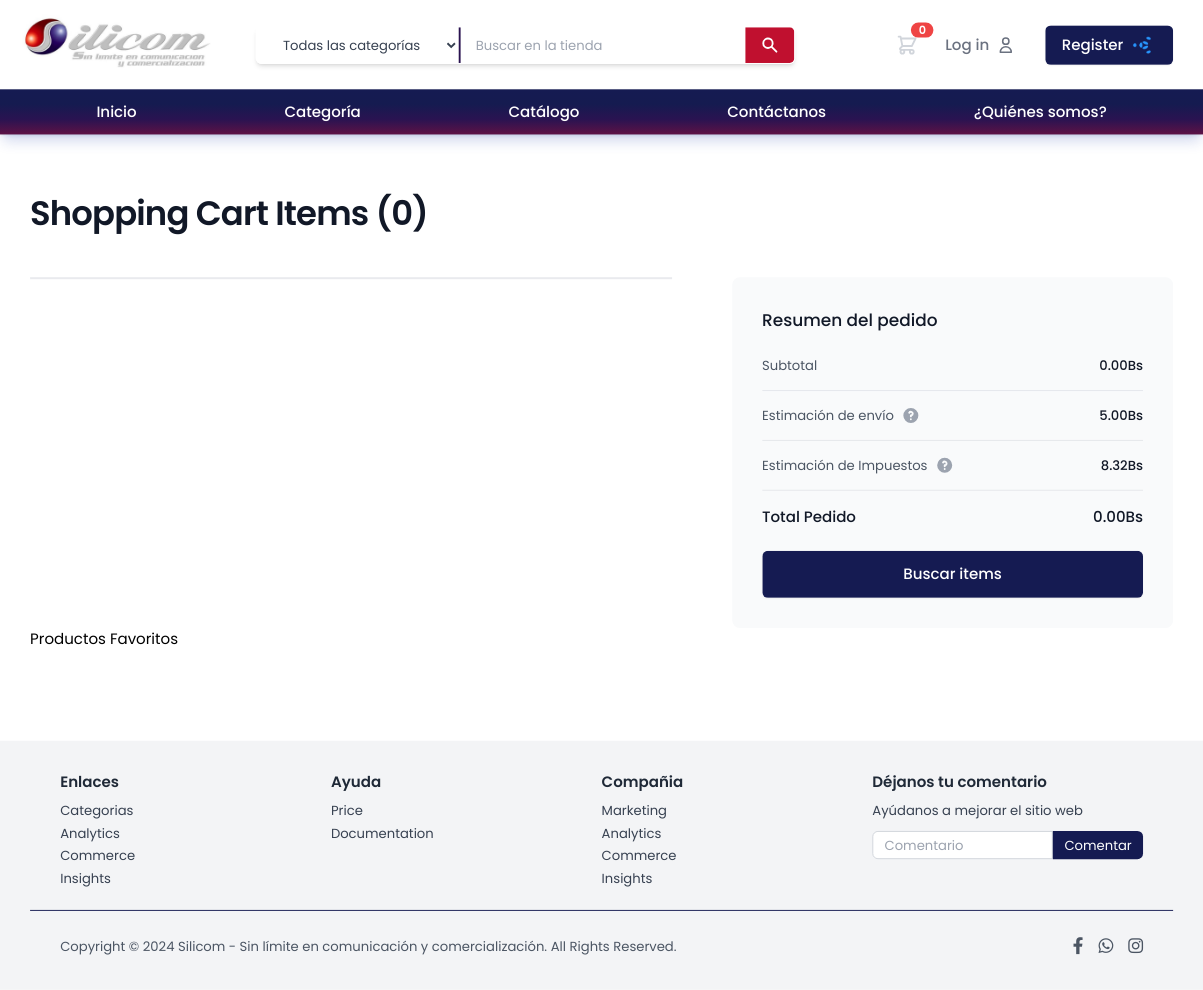
Repository: Francovg18/ecommerce
Page: /cart
An editor plug-in stored every save of this project. The page is shown before and after the next save, followed by the edit.
The browser window is 1280 px wide. The pictures show the whole page, at 94% of full size.
The page's requests for data from a server got no answer. The project was rebuilt for these pictures with package versions that can differ from the ones it lists, and the page was loaded fresh each time. No one was signed in, and anything a server would have sent is missing. Also part of the build but not shown: src/componentes/home/Banner.js, src/componentes/home/ProductsArrival.js, src/componentes/home/ProductsSold.js, src/redux/actions/brands.js, src/componentes/home/Brand.js, src/componentes/home/Product.js, src/contenedores/Home.jsx, src/contenedores/errors/Error404.jsx and 33 more.

Above is the page before, as saved 2025-01-22 17:55:22.

### public/index.html
<!DOCTYPE html>
<html lang="en">
  <head>
    <meta charset="utf-8" />
    <link rel="icon" href="%PUBLIC_URL%/favicon.ico" />
    <meta name="viewport" content="width=device-width, initial-scale=1" />
    <meta name="theme-color" content="#000000" />
    <meta name="description" content="Web site created using create-react-app" />
    <link rel="apple-touch-icon" href="%PUBLIC_URL%/logo192.png" />
    <link href="https://fonts.googleapis.com/css2?family=Poppins:wght@400;500;600&display=swap" rel="stylesheet">
    <link
  rel="stylesheet"
  href="https://cdnjs.cloudflare.com/ajax/libs/font-awesome/6.0.0-beta3/css/all.min.css"
/>

    <!--
      manifest.json provides metadata used when your web app is installed on a
      user's mobile device or desktop. See https://developers.google.com/web/fundamentals/web-app-manifest/
    -->
    <link rel="manifest" href="%PUBLIC_URL%/manifest.json" />
    <!--
      Notice the use of %PUBLIC_URL% in the tags above.
      It will be replaced with the URL of the `public` folder during the build.
      Only files inside the `public` folder can be referenced from the HTML.

      Unlike "/favicon.ico" or "favicon.ico", "%PUBLIC_URL%/favicon.ico" will
      work correctly both with client-side routing and a non-root public URL.
      Learn how to configure a non-root public URL by running `npm run build`.
    -->
    <title>React App</title>
  </head>
  <body>
    <noscript>You need to enable JavaScript to run this app.</noscript>
    <div id="root"></div>
    <!--
      This HTML file is a template.
      If you open it directly in the browser, you will see an empty page.

      You can add webfonts, meta tags, or analytics to this file.
      The build step will place the bundled scripts into the <body> tag.

      To begin the development, run `npm start` or `yarn start`.
      To create a production bundle, use `npm run build` or `yarn build`.
    -->
  </body>
</html>

### src/index.js
import React from 'react';
import ReactDOM from 'react-dom/client';
import './style/index.css';
import App from './App';

const root = ReactDOM.createRoot(document.getElementById('root'));
root.render(
  <React.StrictMode>
    <App />
  </React.StrictMode>
);

### src/store.js
import { createStore, applyMiddleware } from 'redux';
import { composeWithDevTools } from '@redux-devtools/extension';
import { thunk } from 'redux-thunk';
import rootReducer from './redux/reducers';

const initialState = {};
const middleware = [thunk];
const store = createStore(
    rootReducer,
    initialState,
    composeWithDevTools(applyMiddleware(...middleware))
);

export default store;

### src/contenedores/pages/Cart.jsx
import Layout from "../../hocs/Layout"
import { useState } from "react";
import { connect } from "react-redux"
import { setAlert } from "../../redux/actions/alert";
import {
    remove_item,
    update_item,
    get_items,
    get_total,
    get_item_total
} from "../../redux/actions/cart";
import {
    remove_wishlist_item,
} from "../../redux/actions/wishlist";
import { useEffect } from "react";
import CartItem from "../../componentes/cart/CartItem";
import { Link } from "react-router-dom";
import { QuestionMarkCircleIcon } from '@heroicons/react/solid'
import WishlistItem from "../../componentes/cart/WishlistItem";


const Cart = ({
    get_items,
    get_total,
    get_item_total,
    isAuthenticated,
    items,
    amount,
    compare_amount,
    total_items,
    remove_item,
    update_item,
    setAlert,
    wishlist_items,
    remove_wishlist_item
}) => {

    const [render, setRender] = useState(false);

    useEffect(() => {
        window.scrollTo(0, 0);
        get_items()
        get_total()
        get_item_total()
    }, [render])

    const showItems = () => {
        return(
            <div>
                {
                    items &&
                    items !== null &&
                    items !== undefined &&
                    items.length !== 0 &&
                    items.map((item, index)=>{
                        let count = item.count;
                        return (
                            <div key={index}>
                                <CartItem
                                    item={item}
                                    count={count}
                                    update_item={update_item}
                                    remove_item={remove_item}
                                    render={render}
                                    setRender={setRender}
                                    setAlert={setAlert}
                                />
                            </div>
                        );
                    })
                }
            </div>
        )
    }

    const showWishlistItems = () => {
      return(
          <div>
              {
                  wishlist_items &&
                  wishlist_items !== null &&
                  wishlist_items !== undefined &&
                  wishlist_items.length !== 0 &&
                  wishlist_items.map((item, index)=>{
                      let count = item.count;
                      return (
                          <div key={index}>
                              <WishlistItem
                                  item={item}
                                  count={count}
                                  update_item={update_item}
                                  remove_wishlist_item={remove_wishlist_item}
                                  render={render}
                                  setRender={setRender}
                                  setAlert={setAlert}
                              />
                          </div>
                      );
                  })
              }
          </div>
      )
  }

    const checkoutButton = () => {
        if (total_items < 1) {
            return(
                <>
                <Link
                to='/shop'

            >
                <button
                className="w-full bg-midnight-blue border border-transparent rounded-md shadow-sm py-3 px-4 text-base font-medium text-white hover:bg-indigo-700 focus:outline-none focus:ring-2 focus:ring-offset-2 focus:ring-offset-gray-50 focus:ring-purple-night"
            >
                Buscar items
                </button>
            </Link>
            </>
            )
        } else if (!isAuthenticated) {
            return(<>
            <Link
                to='/login'

            >
                <button
                className="w-full bg-midnight-blue border border-transparent rounded-md shadow-sm py-3 px-4 text-base font-medium text-white hover:bg-indigo-700 focus:outline-none focus:ring-2 focus:ring-offset-2 focus:ring-offset-gray-50 focus:ring-purple-night"
            >
                Login
                </button>
            </Link>
            </>)

        } else {
            return(
                <>
                <Link
                to='/checkout'>
                 <button
                className="w-full bg-midnight-blue border border-transparent rounded-md shadow-sm py-3 px-4 text-base font-medium text-white hover:bg-purple-night focus:outline-none focus:ring-2 focus:ring-offset-2 focus:ring-offset-gray-50 focus:ring-purple-night"
            >
                   Verificar
                </button>
            </Link>
                </>
            )

        }
    }



    return (
        <Layout>
            <div className="bg-white">
      <div className="max-w-2xl mx-auto pt-16 pb-24 px-4 sm:px-6 lg:max-w-7xl lg:px-8">
        <h1 className="text-3xl font-extrabold tracking-tight text-gray-900 sm:text-4xl">Shopping Cart Items ({total_items})</h1>
        <div className="mt-12 lg:grid lg:grid-cols-12 lg:gap-x-12 lg:items-start xl:gap-x-16">
          <section aria-labelledby="cart-heading" className="lg:col-span-7">
            <h2 id="cart-heading" className="sr-only">
              Productos en tu Carrito
            </h2>

            <ul className="border-t border-b border-gray-200 divide-y divide-gray-200">
              {showItems()}
            </ul>
          </section>

          <section
            aria-labelledby="summary-heading"
            className="mt-16 bg-gray-50 rounded-lg px-4 py-6 sm:p-6 lg:p-8 lg:mt-0 lg:col-span-5"
          >
            <h2 id="summary-heading" className="text-lg font-medium text-gray-900">
            Resumen del pedido
            </h2>

            <dl className="mt-6 space-y-4">

              <div className="flex items-center justify-between">
                <dt className="text-sm text-gray-600">Subtotal</dt>
                <dd className="text-sm font-medium text-gray-900">{compare_amount.toFixed(2)}Bs</dd>
              </div>

              <div className="border-t border-gray-200 pt-4 flex items-center justify-between">
                <dt className="flex items-center text-sm text-gray-600">
                  <span>Estimación de envío</span>
                  <Link to='' className="ml-2 flex-shrink-0 text-gray-400 hover:text-gray-500">
                    <span className="sr-only">Learn more about how shipping is calculated</span>
                    <QuestionMarkCircleIcon className="h-5 w-5" aria-hidden="true" />
                  </Link>
                </dt>
                <dd className="text-sm font-medium text-gray-900">5.00Bs</dd>
              </div>

              <div className="border-t border-gray-200 pt-4 flex items-center justify-between">
                <dt className="flex text-sm text-gray-600">
                  <span>Estimación de Impuestos</span>
                  <Link to='' className="ml-2 flex-shrink-0 text-gray-400 hover:text-gray-500">
                    <span className="sr-only">Learn more about how tax is calculated</span>
                    <QuestionMarkCircleIcon className="h-5 w-5" aria-hidden="true" />
                  </Link>
                </dt>
                <dd className="text-sm font-medium text-gray-900">8.32Bs</dd>
              </div>

              <div className="border-t border-gray-200 pt-4 flex items-center justify-between">
                <dt className="text-base font-medium text-gray-900">Total Pedido</dt>
                <dd className="text-base font-medium text-gray-900">{amount.toFixed(2)}Bs</dd>
              </div>
            </dl>

            <div className="mt-6">
              {checkoutButton()}
            </div>
          </section>
        </div>
        <div>
        <h1>Productos Favoritos</h1>
        {showWishlistItems()}
        </div>


      </div>
    </div>
        </Layout>
    )
}
const mapStateToProps = state => ({
    isAuthenticated: state.Auth.isAuthenticated,
    items: state.Cart.items,
    wishlist_items: state.Wishlist.items,
    amount: state.Cart.amount,
    compare_amount: state.Cart.compare_amount,
    total_items: state.Cart.total_items
})

export default connect(mapStateToProps,{
    get_items,
    get_total,
    get_item_total,
    remove_item,
    update_item,
    setAlert,
    remove_wishlist_item
}) (Cart)

### src/redux/reducers/index.js
import { combineReducers } from 'redux';
import Auth from './auth';
import Alert from './alert';
import Categories from './categories';
import Products from './products';
import Cart from './cart';
import Shipping from './shipping'
import Payment from './payment';
import Orders from './orders';
import Coupons from './coupons';
import Profile from './profile';
import Wishlist from './wishlist';
import Reviews from './reviews';
import Brands from './brands';
export default combineReducers({
    Auth,
    Alert,
    Categories,
    Products,
    Cart,
    Shipping,
    Payment,
    Orders,
    Coupons,
    Profile,
    Wishlist,
    Reviews,
    Brands
})

### src/hocs/Layout.js
import { ToastContainer } from 'react-toastify';
import 'react-toastify/dist/ReactToastify.css';
import { check_authenticated, load_user, refresh } from '../redux/actions/auth';
import {
    get_items,
    get_total,
    get_item_total
} from "../redux/actions/cart";

import {
    get_user_profile
} from "../redux/actions/profile";

import { useEffect } from 'react';
import { connect } from 'react-redux';
import Navbar from '../componentes/navegacion/Navbar';
import Footer from '../componentes/navegacion/Footer';

const Layout = (props) => {

    useEffect(() => {
        props.refresh()
        props.check_authenticated()
        props.load_user()
        props.get_items()
        props.get_total()
        props.get_item_total()
        props.get_user_profile()
    }, []);

    return(
        <div>
            <Navbar/>
            <ToastContainer autoClose={5000} />
            {props.children}
            <Footer/>
        </div>
    )
}


export default connect(null, {
    check_authenticated,
    load_user,
    refresh,
    get_items,
    get_total,
    get_item_total,
    get_user_profile
}) (Layout)

### src/redux/actions/categories.js
import axios from 'axios';
import {
    GET_CATEGORIES_SUCCESS,
    GET_CATEGORIES_FAIL,
} from './types';

export const get_categories = () => async dispatch => {
    const config = {
        headers: {
            'Accept': 'application/json'
        }
    };

    try {
        const res = await axios.get(`${process.env.REACT_APP_API_URL}/api/category/categories`, config);

        if (res.status >= 200 && res.status < 300) {
            dispatch({
                type: GET_CATEGORIES_SUCCESS,
                payload: res.data
            });
        } else {
            console.error('Error: Unexpected response status', res.status);
            dispatch({
                type: GET_CATEGORIES_FAIL
            });
        }
    } catch (err) {
        console.error('Error fetching categories:', err.message);
        dispatch({
            type: GET_CATEGORIES_FAIL
        });
    }
};

### src/redux/actions/alert.js
import{
    SET_ALERT,
    REMOVE_ALERT,
} from './types';

export const setAlert = (msg, alertType, timeout = 5000) => dispatch =>{
    dispatch({
        type: SET_ALERT,
        payload: {msg, alertType}
    });
    setTimeout(() => dispatch({ type: REMOVE_ALERT }), timeout);
}

### src/redux/reducers/alert.js
import {
    SET_ALERT,
    REMOVE_ALERT,
} from '../actions/types';

const initialState = {
    alert: null
};

export default function Alert(state = initialState, action) {
    const { type, payload } = action;

    switch(type) {
        case SET_ALERT:
            return {
                ...state,
                alert: payload
            };
        case REMOVE_ALERT:
            return {
                ...state,
                alert: null
            }
        default:
            return state
    };
}

### src/redux/reducers/categories.js
import {
    GET_CATEGORIES_SUCCESS,
    GET_CATEGORIES_FAIL
} from '../actions/types';

const initialState = {
    categories: null
};

export default function Categories(state = initialState, action) {
    const { type, payload } = action;

    switch(type) {
        case GET_CATEGORIES_SUCCESS:
            return {
                ...state,
                categories: payload.categories
            }
        case GET_CATEGORIES_FAIL:
            return {
                ...state,
                categories: null
            }
        default:
            return state
    }
}

### src/redux/reducers/shipping.js
import {
    GET_SHIPPING_OPTIONS_SUCCESS,
    GET_SHIPPING_OPTIONS_FAIL
} from '../actions/types';

const initialState = {
    shipping: null,
};

export default function Shipping(state = initialState, action) {
    const { type, payload } = action;

    switch(type) {
        case GET_SHIPPING_OPTIONS_SUCCESS:
            return {
                ...state,
                shipping: payload.shipping_options
            }
        case GET_SHIPPING_OPTIONS_FAIL:
            return {
                ...state,
                shipping: null
            }
        default:
            return state;
    }
};

### src/redux/reducers/orders.js
import {
    GET_ORDERS_SUCCESS,
    GET_ORDERS_FAIL,
    GET_ORDER_DETAIL_SUCCESS,
    GET_ORDER_DETAIL_FAIL
} from '../actions/types';

const initialState = {
    orders: null,
    order: null
};


export default function Orders(state = initialState, action) {
    const { type, payload } = action;

    switch(type) {
        case GET_ORDERS_SUCCESS:
            return {
                ...state,
                orders: payload.orders
            }
        case GET_ORDERS_FAIL:
            return {
                ...state,
                orders: []
            }
        case GET_ORDER_DETAIL_SUCCESS:
            return {
                ...state,
                order: payload.order
            }
        case GET_ORDER_DETAIL_FAIL:
            return {
                ...state,
                order: {}
            }
        default:
            return state;
    }
}

### src/redux/reducers/coupons.js
import {
    GET_COUPON_SUCCESS,
    GET_COUPON_FAIL,
} from '../actions/types';

const initialState = {
    coupon: null
};


export default function Coupons(state = initialState, action) {
    const { type, payload } = action;

    switch(type) {
        case GET_COUPON_SUCCESS:
            return {
                ...state,
                coupon: payload.coupon
            }
        case GET_COUPON_FAIL:
            return {
                ...state,
                coupon: null
            }
        default:
            return state;
    }
}

### src/redux/reducers/profile.js
import {
    GET_USER_PROFILE_SUCCESS,
    GET_USER_PROFILE_FAIL,
    UPDATE_USER_PROFILE_SUCCESS,
    UPDATE_USER_PROFILE_FAIL
} from '../actions/types';

const initialState = {
    profile: null
};

export default function Profile(state = initialState, action) {
    const { type, payload } = action;

    switch(type) {
        case GET_USER_PROFILE_SUCCESS:
            return {
                ...state,
                profile: payload.profile
            }
        case GET_USER_PROFILE_FAIL:
            return {
                ...state
            }
        case UPDATE_USER_PROFILE_SUCCESS:
            return {
                ...state,
                profile: payload.profile
            }
        case UPDATE_USER_PROFILE_FAIL:
            return {
                ...state
            }
        default:
            return state
    }
}

### src/redux/reducers/brands.js
import {
    GET_BRANDS_SUCCESS,
    GET_BRANDS_FAIL
} from '../actions/types';

const initialState = {
    brands: null
};

export default function Brands(state = initialState, action) {
    const { type, payload } = action;

    switch (type) {
        case GET_BRANDS_SUCCESS:
            return {
                ...state,
                brands: payload.brands // Ajusta si `payload` tiene otra estructura
            };
        case GET_BRANDS_FAIL:
            return {
                ...state,
                brands: null
            };
        default:
            return state;
    }
}

### src/componentes/alert.js
import {Fragment} from 'react'
import {connect} from 'react-redux'

import { CheckCircleIcon } from '@heroicons/react/solid'

function Alert ({ alert }) {

    const displayAlert = () => {
        if (alert !== null){
            return (
                <div className={`rounded-md bg-${alert.alertType}-50 p-4`}>
                <div className="flex">
                    <div className="flex-shrink-0">
                    <CheckCircleIcon className={`h-5 w-5 text-${alert.alertType}-400`} aria-hidden="true" />
                    </div>
                    <div className="ml-3">
                    <p className={`text-sm font-medium text-${alert.alertType}-800`}>{alert.msg}</p>
                    </div>
                </div>
                </div>
            )
        } else {
            return(
                <Fragment></Fragment>
            )
        }
    }

    return (
        <Fragment>
            {displayAlert()}
        </Fragment>
    )
}

const mapStateToProps = state => ({
    alert: state.Alert.alert
})

export default connect(mapStateToProps)(Alert)

### tailwind.config.js
/** @type {import('tailwindcss').Config} */
module.exports = {
  content: [
    "./src/**/*.{js,jsx,ts,tsx}",
  ],
  theme: {
    extend: {
      colors: {
        "midnight-blue": '#151b52',
        "purple-night": '#2A1350',
        "crimson-red": '#C0102F',
        "deep-rose": '#8D113B',
        "dark-burgundy": '#751240',
        "royal-purple": '#5D1245',
      },
      backgroundImage: {
        'custom-gradient': 'linear-gradient(to bottom, #151b52, #151b50, #2A1351, #5D1245)',
      },
      fontFamily: {
        sans: ['Poppins', 'sans-serif'],
      },
      keyframes: {
        'gradient-x': {
          '0%, 100%': { backgroundPosition: '0% 50%' },
          '50%': { backgroundPosition: '100% 50%' },
        },
      },
      animation: {
        'gradient-x': 'gradient-x 8s ease infinite',
      },
      boxShadow: {
        navbar: "0px 4px 20px 6px rgba(28, 105, 192, 0.85), 0 1px 2px -1px rgba(3, 3, 4, 0.03)",
        menuHover: "0px 6px 15px 3px rgba(0, 0, 0, 0.15)",
      },
      fontSize: {
        'xl': '1.25rem',
        '2xl': '1.5rem',
      },
    },
  },
  plugins: [
    function({ addUtilities }) {
      const extendUnderline = {
        '.underline': {
          textDecoration: 'underline',
          textDecorationColor: '#121740',
        },
      };
      addUtilities(extendUnderline);
    },
  ],
};

Loaded but not shown: src/style/index.css (common file); src/componentes/navegacion/Navbar.js (348 lines, source omitted); src/redux/actions/cart.js (399 lines, source omitted); src/redux/actions/auth.js (387 lines, source omitted); src/redux/actions/types.js (136 lines, source omitted); src/redux/actions/products.js (256 lines, source omitted); src/redux/actions/wishlist.js (148 lines, source omitted); src/redux/reducers/cart.js (158 lines, source omitted); src/redux/reducers/products.js (118 lines, source omitted); src/componentes/navegacion/Footer.js (83 lines, source omitted); src/redux/reducers/auth.js (113 lines, source omitted); src/App.js (70 lines, source omitted); src/redux/actions/profile.js (91 lines, source omitted); src/redux/reducers/payment.js (89 lines, source omitted); src/redux/reducers/reviews.js (90 lines, source omitted); src/redux/reducers/wishlist.js (67 lines, source omitted); src/componentes/navegacion/SearchBox.js (48 lines, source omitted)

After the next save:
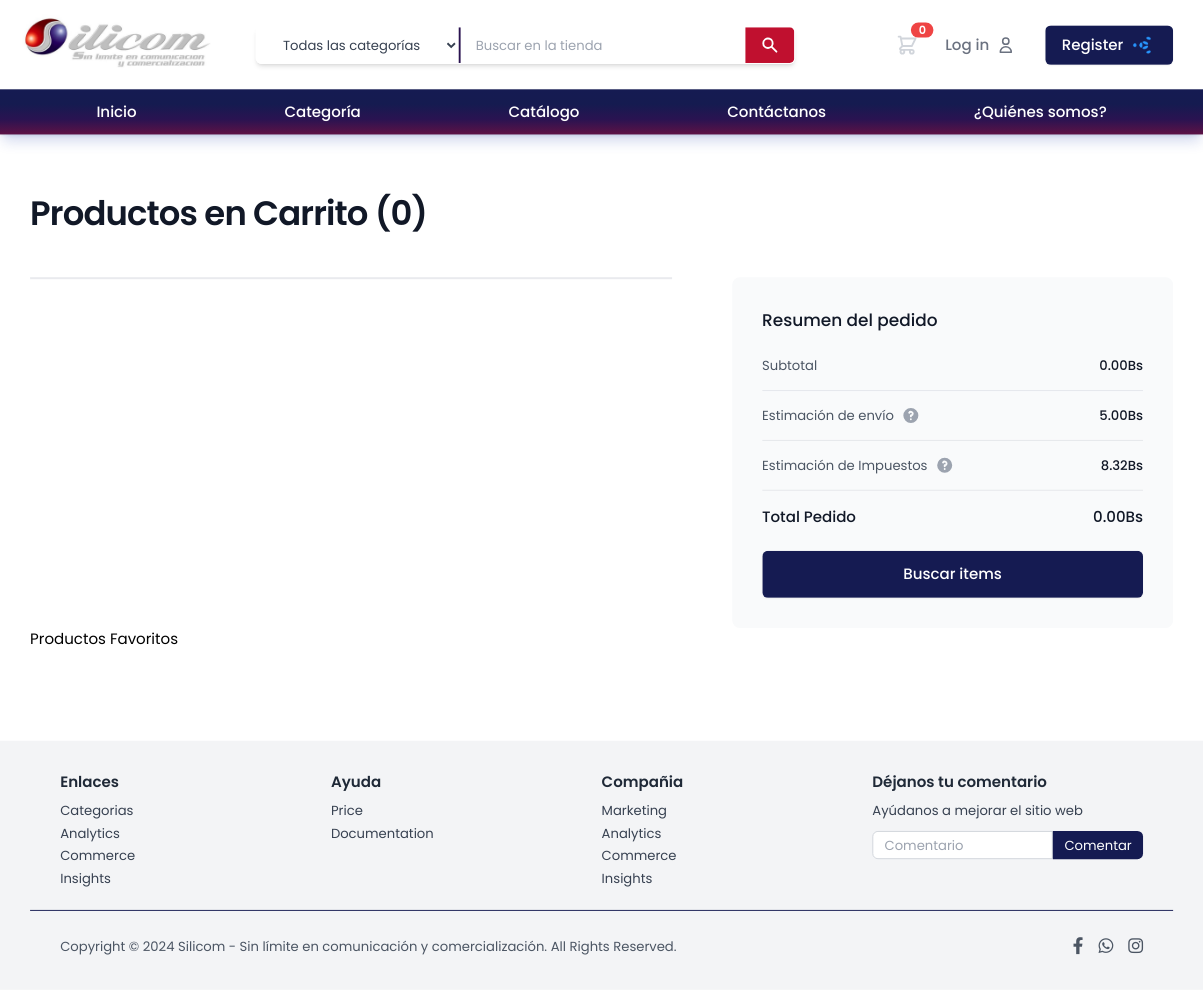
Saved 42 s later.
--- a/src/contenedores/pages/Cart.jsx
+++ b/src/contenedores/pages/Cart.jsx
@@ -155,11 +155,11 @@ const Cart = ({
         <Layout>
             <div className="bg-white">
       <div className="max-w-2xl mx-auto pt-16 pb-24 px-4 sm:px-6 lg:max-w-7xl lg:px-8">
-        <h1 className="text-3xl font-extrabold tracking-tight text-gray-900 sm:text-4xl">Shopping Cart Items ({total_items})</h1>
+        <h1 className="text-3xl font-extrabold tracking-tight text-gray-900 sm:text-4xl">Productos en Carrito ({total_items})</h1>
         <div className="mt-12 lg:grid lg:grid-cols-12 lg:gap-x-12 lg:items-start xl:gap-x-16">
           <section aria-labelledby="cart-heading" className="lg:col-span-7">
             <h2 id="cart-heading" className="sr-only">
-              Productos en tu Carrito
+              Items in your shopping cart
             </h2>
 
             <ul className="border-t border-b border-gray-200 divide-y divide-gray-200">
